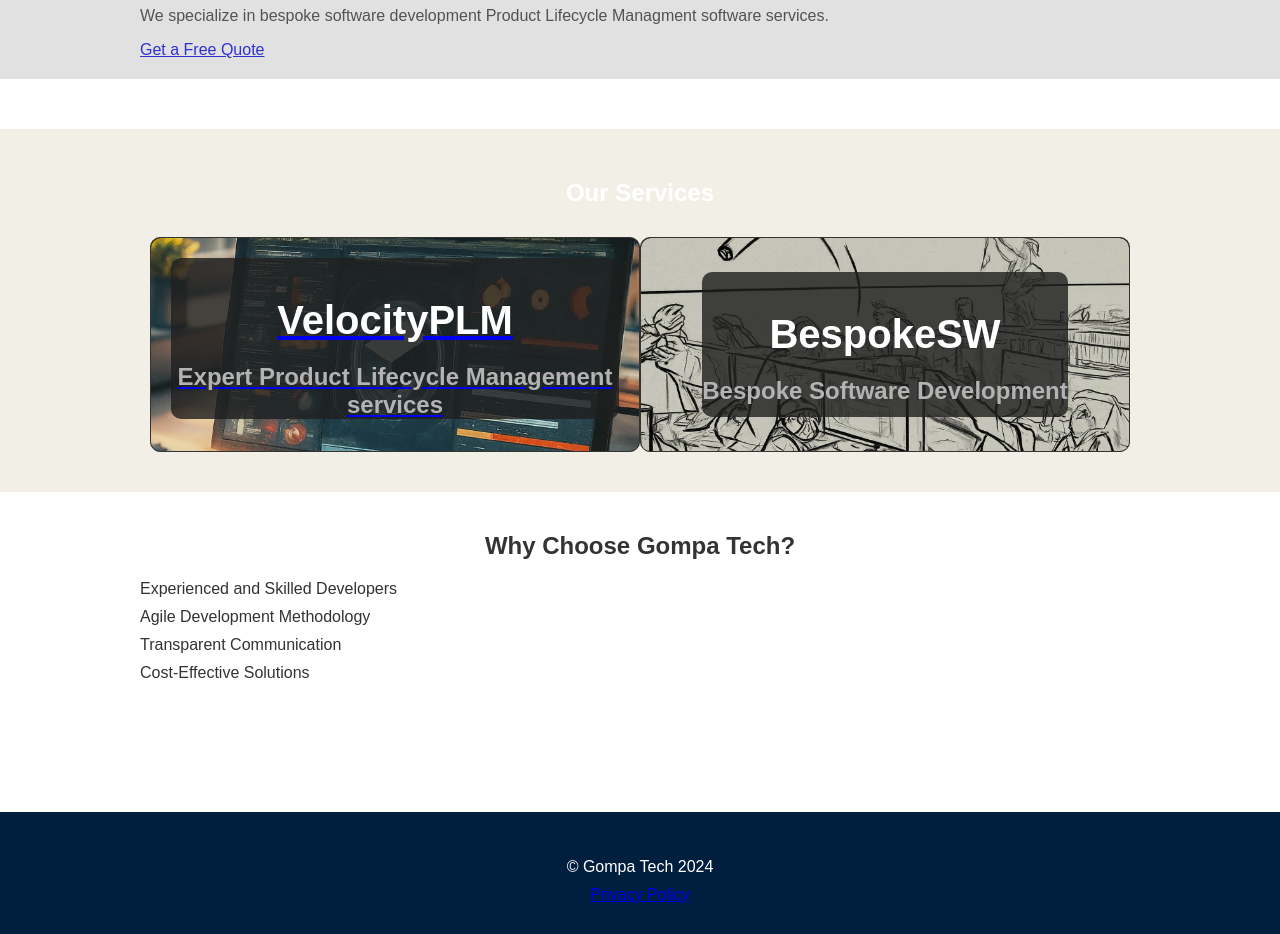
Repository: gompatech/website
Page: d3/index.html
These files come from the project's save history. The page is drawn as it stood at one moment and after the next save; the edit follows.
The browser window is 1280 px wide. The pictures show the part of the page from y = 178 to 1130 px (the page is 1112 px tall before and 1130 px after).
Pictures or frames that could not be fetched are drawn as grey boxes. Backgrounds fixed to the window are drawn as part of the page.

Above is the page before, as saved 2024-07-25 07:44:41.

After the next save:
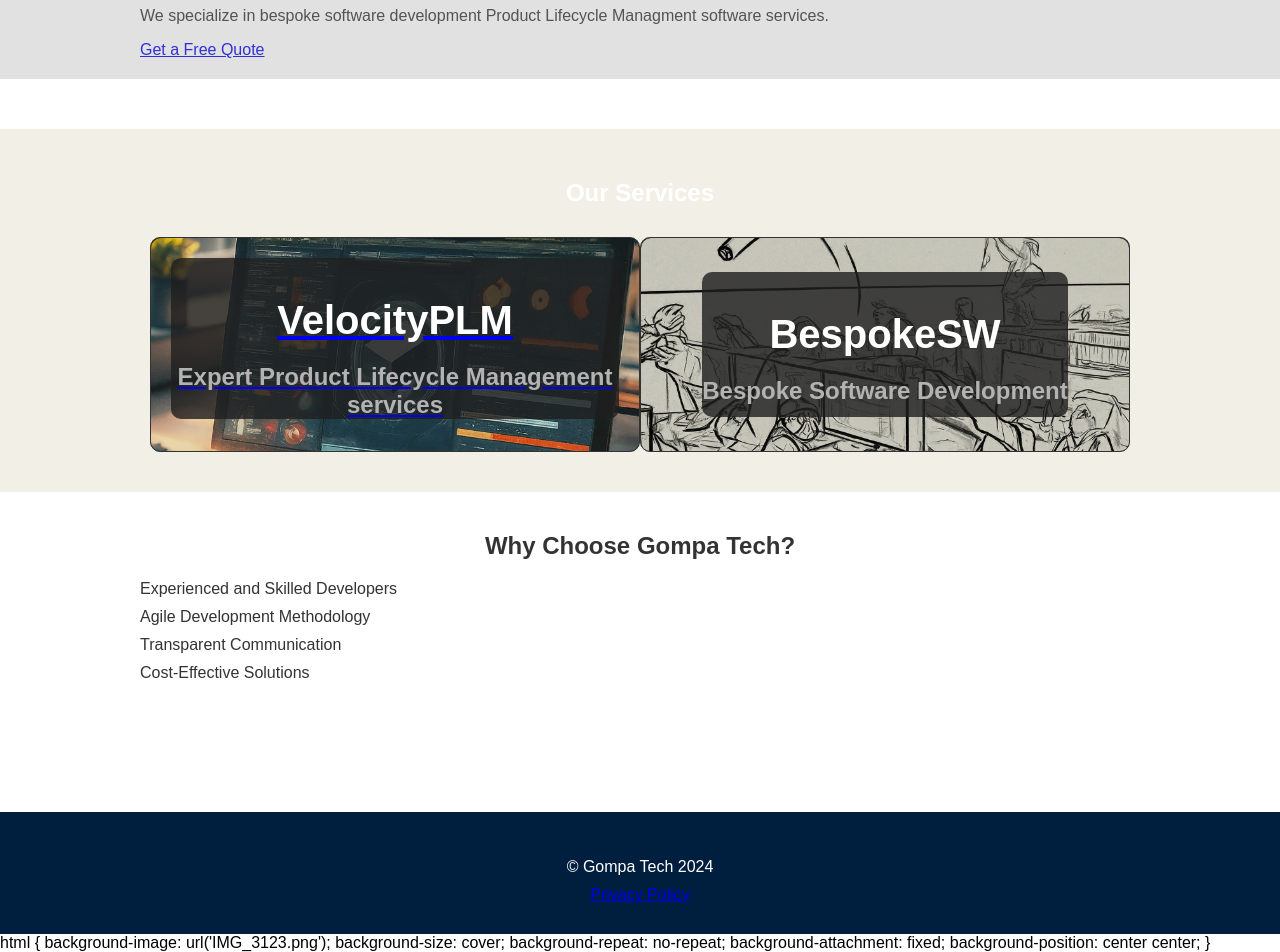
Saved 95 min 31 s later.
--- a/d3/index.html
+++ b/d3/index.html
@@ -176,4 +176,12 @@
   setInterval(showNextImage, 3000);
 </script>
 
+html {
+  background-image: url('IMG_3123.png');
+  background-size: cover;
+  background-repeat: no-repeat;
+  background-attachment: fixed;
+  background-position: center center;
+}
+
 </html>

After the save that followed:
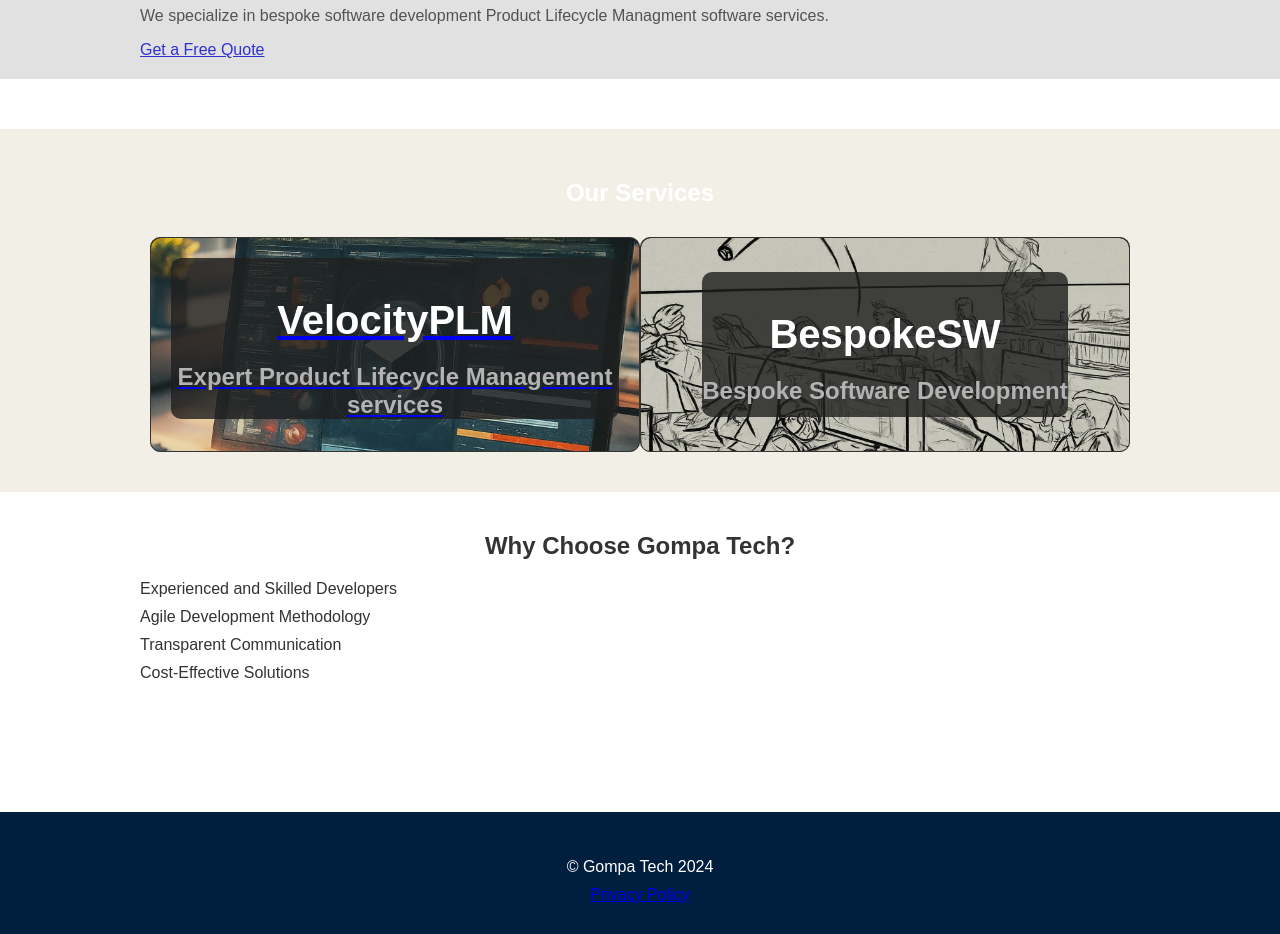
Not found: d3/IMG_3123.png
Saved 3 min 28 s later.
--- a/d3/index.html
+++ b/d3/index.html
@@ -159,6 +159,14 @@
           font-size: 1.2em;
       }
   }
+
+  html {
+          background-image: url('IMG_3123.png');
+          background-size: cover;
+          background-repeat: no-repeat;
+          background-attachment: fixed;
+          background-position: center center;
+        }
 </style>
 
 <script>
@@ -176,12 +184,6 @@
   setInterval(showNextImage, 3000);
 </script>
 
-html {
-  background-image: url('IMG_3123.png');
-  background-size: cover;
-  background-repeat: no-repeat;
-  background-attachment: fixed;
-  background-position: center center;
-}
+
 
 </html>
